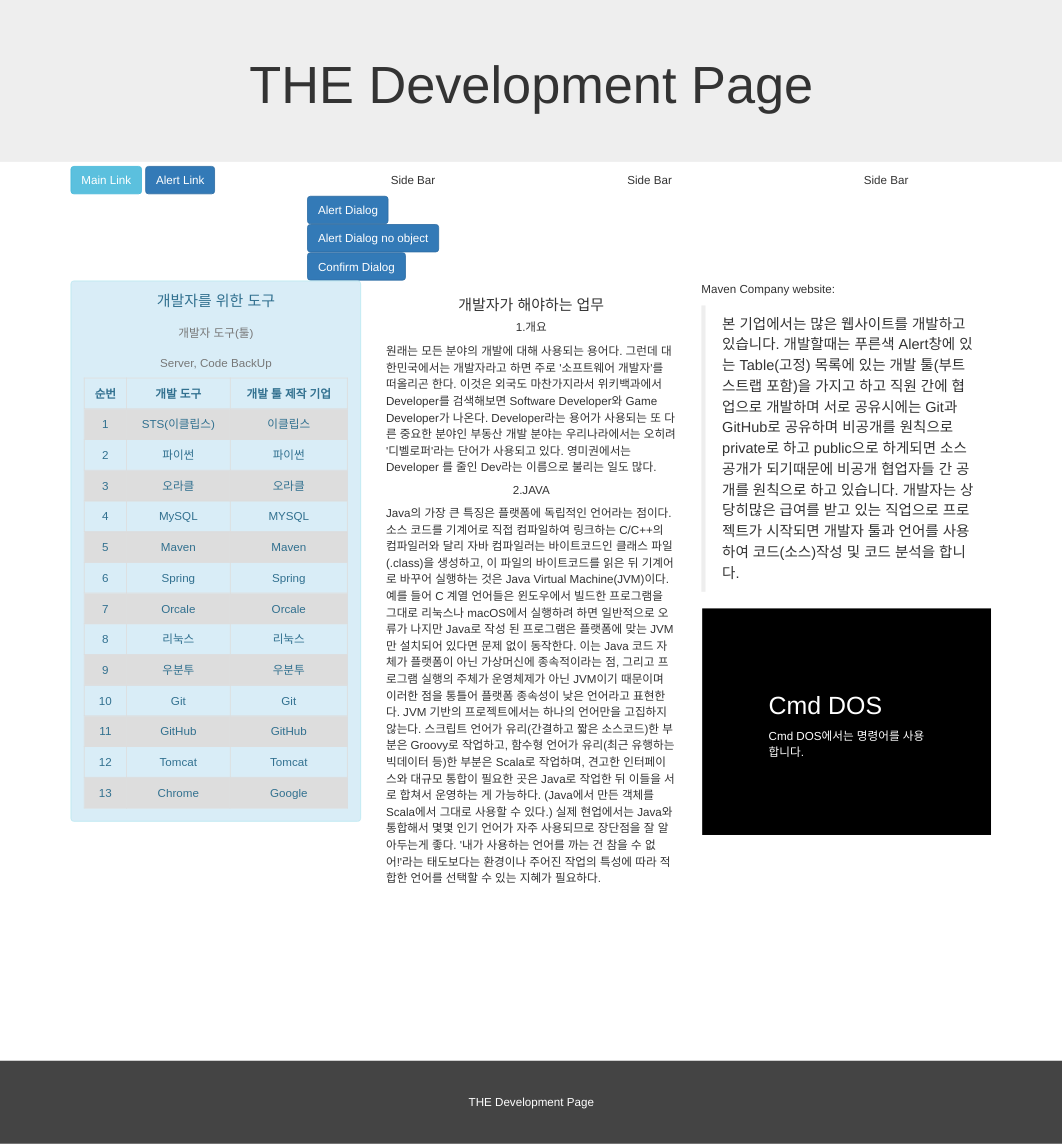
Repository: as2019a/spring
Page: http://localhost/ch19_project_mavenwebsite/WEB-INF/views/development.jsp
An editor plug-in stored every save of this project. The page is shown before and after the next save, followed by the edit.
The browser window is 1280 px wide. The pictures show the whole page, at 83% of full size.
Some web libraries are served in a nearby version. The page is served by Tomcat 9. Nobody is signed in. Other server files are loaded and not shown. The template is opened directly, without the code that normally fills it, so the values that code supplies are empty.

Above is the page before, as saved 2019-01-30 09:07:56.

### ch19_project_mavenwebsite/src/main/webapp/WEB-INF/views/development.jsp
<%@ page language="java" contentType="text/html; charset=UTF-8"
    pageEncoding="UTF-8"%>
<%@ taglib prefix="c" uri="http://java.sun.com/jsp/jstl/core" %>
<%@ taglib prefix="sec" uri="http://www.springframework.org/security/tags" %>
<!DOCTYPE html>
<html>
<head>
<meta charset="UTF-8">
<meta name="viewport"
 	  content="width=device-width, initial-scale=1">
<title>THE Development Page</title>
<link href="https://maxcdn.bootstrapcdn.com/bootstrap/3.3.2/css/bootstrap.min.css" rel="stylesheet">
<link rel="stylesheet" href="https://use.fontawesome.com/releases/v5.5.0/css/all.css">
<style type="text/css">
	.jumbotron{
			margin-bottom: 5px;
	}

	h5{
		text-align:center;
	}

	#sa:hover{
		color:fuchsia;
	}

	#sc:hover{
		color:orange;
	}

	#sf:hover{
		color:lime;
	}

	table {
	  font-family: arial, sans-serif;
	  border-collapse: collapse;
	  width: 100%;
	}

	td, th {
	  border: 1px solid #dddddd;
	  text-align:center;
	  padding: 8px;
	}

	tr:nth-child(even) {
	  background-color: #dddddd;
	}

	.cmd {
	  background-color: black;
	  color: white;
	  margin: 1px;
	  padding: 80px;
	}

	.footer{
		height: 100px;
		line-height: 100px;
		background-color: #444;
		color: white;
		text-align: center;
		margin-top: 200px;
	}

</style>
</head>
<body>
	<div class="jumbotron">
		<h1 class="text-center" style="">THE Development Page</h1>
	</div>
	<div class="container">
	  <div class="row">
	  	<div class="col-sm-12">
	  		<div class="col-sm-3">
	  			<a href="/main" type="button" class="btn btn-info">Main Link</a>
	  			<button type="button" class="btn btn-primary" onclick="alertsone();" data-toggle="modal" data-target="#myModal">
	  			Alert Link</button>
	  		</div>
	  		<div class="col-sm-3">
	  			<h5 id="sa">Side Bar</h5>
	  			<button class="btn btn-primary" data-toggle="modal" id="modalBtn">Alert Dialog</button>
				<button class="btn btn-primary" data-toggle="modal" id="modalBtn2">Alert Dialog no object</button>
				<button class="btn btn-primary" data-toggle="modal" id="modalBtn1">Confirm Dialog</button>
	  		</div>
	  		<div class="col-sm-3">
	  			<h5 id="sc">Side Bar</h5>
	  		</div>
	  		<div class="col-sm-3">
	  			<h5 id="sf">Side Bar</h5>
	  		</div>
	  	</div>
	    <div class="col-xs-12">
	    	<div class="col-xs-4">
	    		<div class="alert alert-info">
	    			<h4 style="font-size:large;text-align:center;">개발자를 위한 도구</h4>
	    			<table>
	    				<caption class="text-center">개발자 도구(툴)</caption>
	    				<caption class="text-center">Server, Code BackUp</caption>
	    				<thead>
	    					<tr>
	    						<th>순번</th>
	    						<th>개발 도구</th>
	    						<th>개발 툴 제작 기업</th>
	    					</tr>
	    					<tr>
	    						<td>1</td>
	    						<td>STS(이클립스)</td>
	    						<td>이클립스</td>
	    					</tr>
	    					<tr>
	    						<td>2</td>
	    						<td>파이썬</td>
	    						<td>파이썬</td>
	    					</tr>
	    					<tr>
	    						<td>3</td>
	    						<td>오라클</td>
	    						<td>오라클</td>
	    					</tr>
	    					<tr>
	    						<td>4</td>
	    						<td>MySQL</td>
	    						<td>MYSQL</td>
	    					</tr>
	    					<tr>
	    						<td>5</td>
	    						<td>Maven</td>
	    						<td>Maven</td>
	    					</tr>
	    					<tr>
	    						<td>6</td>
	    						<td>Spring</td>
	    						<td>Spring</td>
	    					</tr>
	    					<tr>
	    						<td>7</td>
	    						<td>Orcale</td>
	    						<td>Orcale</td>
	    					</tr>
	    					<tr>
	    						<td>8</td>
	    						<td>리눅스</td>
	    						<td>리눅스</td>
	    					</tr>
	    					<tr>
	    						<td>9</td>
	    						<td>우분투</td>
	    						<td>우분투</td>
	    					</tr>
	    					<tr>
	    						<td>10</td>
	    						<td>Git</td>
	    						<td>Git</td>
	    					</tr>
	    					<tr>
	    						<td>11</td>
	    						<td>GitHub</td>
	    						<td>GitHub</td>
	    					</tr>
	    					<tr>
	    						<td>12</td>
	    						<td>Tomcat</td>
	    						<td>Tomcat</td>
	    					</tr>
	    					<tr>
	    						<td>13</td>
	    						<td>Chrome</td>
	    						<td>Google</td>
	    					</tr>
	    				</thead>

	    			</table>
	    		</div>
	    	</div>
	    	<div class="col-xs-4">
	    		<h2 style="font-size:large;text-align:center;">개발자가 해야하는 업무</h2>
	    		<h5>1.개요</h5>
	    		<p>
	    		원래는 모든 분야의 개발에 대해 사용되는 용어다.
	    		그런데 대한민국에서는 개발자라고 하면 주로 '소프트웨어 개발자'를 떠올리곤 한다.
	    		이것은 외국도 마찬가지라서 위키백과에서 Developer를 검색해보면 Software Developer와 Game Developer가 나온다. Developer라는 용어가 사용되는 또 다른 중요한 분야인 부동산 개발 분야는 우리나라에서는 오히려 '디벨로퍼'라는 단어가 사용되고 있다.
	    		영미권에서는 Developer 를 줄인 Dev라는 이름으로 불리는 일도 많다.
	    		</p>
	    		<h5>2.JAVA</h5>
	    		<p>
	    		Java의 가장 큰 특징은 플랫폼에 독립적인 언어라는 점이다. 소스 코드를 기계어로 직접 컴파일하여 링크하는 C/C++의 컴파일러와 달리 자바 컴파일러는 바이트코드인 클래스 파일(.class)을 생성하고, 이 파일의 바이트코드를 읽은 뒤 기계어로 바꾸어 실행하는 것은 Java Virtual Machine(JVM)이다.
				예를 들어 C 계열 언어들은 윈도우에서 빌드한 프로그램을 그대로 리눅스나 macOS에서 실행하려 하면 일반적으로 오류가 나지만 Java로 작성 된 프로그램은 플랫폼에 맞는 JVM만 설치되어 있다면 문제 없이 동작한다. 이는 Java 코드 자체가 플랫폼이 아닌 가상머신에 종속적이라는 점, 그리고 프로그램 실행의 주체가 운영체제가 아닌 JVM이기 때문이며 이러한 점을 통틀어 플랫폼 종속성이 낮은 언어라고 표현한다.
				JVM 기반의 프로젝트에서는 하나의 언어만을 고집하지 않는다. 스크립트 언어가 유리(간결하고 짧은 소스코드)한 부분은 Groovy로 작업하고, 함수형 언어가 유리(최근 유행하는 빅데이터 등)한 부분은 Scala로 작업하며, 견고한 인터페이스와 대규모 통합이 필요한 곳은 Java로 작업한 뒤 이들을 서로 합쳐서 운영하는 게 가능하다. (Java에서 만든 객체를 Scala에서 그대로 사용할 수 있다.)
				실제 현업에서는 Java와 통합해서 몇몇 인기 언어가 자주 사용되므로 장단점을 잘 알아두는게 좋다. '내가 사용하는 언어를 까는 건 참을 수 없어!'라는 태도보다는 환경이나 주어진 작업의 특성에 따라 적합한 언어를 선택할 수 있는 지혜가 필요하다.
	    		</p>
	    	</div>
	    	<div class="col-xs-4">
	    		<p>Maven Company website:</p>
				<blockquote cite="http://localhost:8080/main">
				본 기업에서는 많은 웹사이트를 개발하고 있습니다. 개발할때는 푸른색 Alert창에
				있는 Table(고정) 목록에 있는 개발 툴(부트스트랩 포함)을 가지고 하고 직원 간에
				협업으로 개발하며 서로 공유시에는 Git과 GitHub로 공유하며 비공개를 원칙으로
				private로 하고 public으로 하게되면 소스공개가 되기때문에 비공개 협업자들 간
				공개를 원칙으로 하고 있습니다. 개발자는 상당히많은 급여를 받고 있는 직업으로
				프로젝트가 시작되면 개발자 툴과 언어를 사용하여 코드(소스)작성 및 코드 분석을
				합니다.
				</blockquote>
				<div class="cmd">
					<h2>Cmd DOS</h2>
					<p>Cmd DOS에서는 명령어를 사용합니다.</p>
				</div>
	    	</div>
	    </div>
	  </div>
	</div>
	<div class="footer">
		<p class="text-center" style="">THE Development Page</p>
	</div>
	<script src="https://code.jquery.com/jquery-3.3.1.min.js"></script>
	<script src="https://maxcdn.bootstrapcdn.com/bootstrap/3.3.2/js/bootstrap.min.js"></script>
	<script type="text/javascript">
		function alertsone(){
			var Common = {};
			Common.Dialog = {
			    /**
			    * Dialog Id
			    */
			    DialogInfo: {
			        titleId: 'common-modal-title',
			        okBtnId: 'common-modal-ok-btn',
			    },

			    /**
			    * Default Item Message
			    */
			    Message: {
			        title: '알림',
			        ok: '확인',
			        cancel: '취소'
			    },

			    /**
			    * Element 생성
			    *
			    * @param elementTag Element Tag
			    * @param attributeData Set Attribute Object
			    * @param appendElement AppendChild Element Object
			    * @return Element Object
			    */
			    createElement: function(elementTag, attributeData, appendElement){
			        // Element 생성
			        var elementObj = document.createElement(elementTag);
			        // Attrbute 추가
			        for(var key in attributeData){
			            //console.log(key, attrbutes[key]);
			            elementObj.setAttribute(key, attributeData[key]);
			        };
			        // Element Append
			        if(appendElement){
			            appendElement.appendChild(elementObj);
			        }

			        return elementObj;
			    },

			    /**
			    * Modal Dialog Make
			    */
			    makeModalDialog: function(data){
			        // UUID 생성
			        var uuid;
			        if(typeof(Util) === 'object' && typeof(Util.uuid) === 'function'){
			            uuid = Util.uuid();
			        }else{
			            uuid = 'xxxxxxxx-xxxx-xxxx-xxxx-xxxxxxxxxxxx'.replace(/[xy]/g, function(c) {
			                var r = Math.random()*16|0, v = c == 'x' ? r : (r&0x3|0x8);
			                return v.toString(16);
			            });
			        }

			        // Dialog Id
			        data.dialogId = 'common-modal-dialog-' + data.dialogType + '-' + uuid;

			        /***************************************************************************/
			        // ---------------- Modal Main Div ----------------
			        var modalDiv = this.createElement('div'
			            , {'id': data.dialogId,'class': 'modal fase','tabindex': '-1','role': 'dialog','aria-labelledby': this.DialogInfo.titleId,'aria-hidden': 'true'}
			            , document.body);
			        var modalDialogDiv = this.createElement('div', {'class': 'modal-dialog'}, modalDiv);
			        var modalContentDiv = this.createElement('div', {'class': 'modal-content'}, modalDialogDiv);

			        // ---------------- Modal Header ----------------
			        var modalHeaderDiv = this.createElement('div', {'class': 'modal-header'}, modalContentDiv);

			        // Close Header
			        if(data.closeBtn){
			            var modalHeaderCloseBtn = this.createElement('button', {'type': 'button', 'class': 'close', 'data-dismiss': 'modal', 'aria-hidden': 'true'}, modalHeaderDiv);
			            modalHeaderCloseBtn.innerHTML ='x';
			        }

			        // title
			        var modalHeaderTitle = this.createElement('h4', {'class': 'modal-title', 'id': this.DialogInfo.titleId}, modalHeaderDiv);
			        modalHeaderTitle.innerHTML = data.title ? data.title : this.Message.title;

			        // ---------------- Modal Body ----------------
			        var modalBodyDiv = this.createElement('div', {'class': 'modal-body', 'style': 'word-break: break-all'}, modalContentDiv);;
			        modalBodyDiv.innerHTML = data.content ? data.content : '';

			        // ---------------- Modal Footer ----------------
			        var modalFooterDiv = this.createElement('div', {'class': 'modal-footer'}, modalContentDiv);
			        // Cancle Button
			        if(data.dialogType == 'confirm'){
			            var modalFooterCancleBtn = this.createElement('button', {'type': 'button', 'class': 'btn btn-default', 'data-dismiss': 'modal'}, modalFooterDiv);
			            modalFooterCancleBtn.innerHTML = this.Message.cancel;
			        }
			        // Ok Button
			        var modalFooterOkAttr = {'type': 'button', 'class': 'btn btn-primary', 'id': this.DialogInfo.okBtnId};
			        if(data.dialogType == 'alert'){
			            modalFooterOkAttr['data-dismiss'] = 'modal';
			        }
			        var modalFooterOkBtn = this.createElement('button', modalFooterOkAttr, modalFooterDiv);
			        modalFooterOkBtn.innerHTML = this.Message.ok;
			        /***************************************************************************/
			        // Modal Default option Setting
			        var modalOption = {
			            keyboard: false // ESC 키 눌렀을때 모달을 닫음
			            ,backdrop: 'static' // 모달의 배경을 포함. 클릭 시 모달을 닫지 않을 시 'static'
			            ,show: false // 초기화 시 모달을 보여줍니다.
			        }
			        // 사용자 지정 정보 설정
			        $.extend(modalOption, data);

			        // Jquery Dialog 변수 선언
			        var dialog = $('#' + data.dialogId);

			        // Bootstrap Modal Setting
			        dialog.modal(modalOption)

			        // Modal의 hide가 완료된 이후 Event 실행
			        dialog.on('hidden.bs.modal', function(e){
			            // Modal Element 제거
			            dialog.remove();
			        });

			        // Confirm 일 경우 확인 버튼 클릭 이벤트 지정
			        if(data.dialogType == 'confirm'){
			            dialog.find(" #" + this.DialogInfo.okBtnId).on('click', function(){
			                // ok button event function 실행
			                if(data.ok && typeof(data.ok) === 'function'){
			                    data.ok();
			                }else{
			                    console.warn('not function ok event. dialogId: ' + data.dialogId);
			                }

			                // Modal 창 닫기
			                dialog.modal('hide');
			                // click enevt 제거
			                $(this).off('click');
			            });
			        }

			        // Modal Dialog Show
			        dialog.modal('show');
			    },

			    /**
			    * Modal Dialog Show
			    */
			    show: function(type, data){
			        if(!data){data = {};}
			        data.dialogType = type ? type : 'alert';
			        this.makeModalDialog(data);
			    },

			    /**
			    * Alert Modal Dialog
			    *
			    * data:
			    *  title: Dialog Title Message
			    *  content: Dialog Content Message
			    *  closeBtn: Header Close Btn(x)
			    *
			    */
			    alert: function(data){
			        // data가 Object 가 아닌 경우 content 로 설정한다.
			        if(typeof(data) != 'object'){
			            var content = data;
			            data = {content: content};
			        }
			        this.show('alert', data);
			    },

			    /**
			    * Confirm Modal Dialog
			    *
			    * data:
			    *  title: Dialog Title Message
			    *  content: Dialog Content Message
			    *  ok: Ok Button Click Event function
			    *  closeBtn: Header Close Btn(x)
			    *
			    */
			    confirm: function(data){
			        this.show('confirm', data);
			    }
			};
			    $(function () {
			            $("#modalBtn").on('click', function(){
			                Common.Dialog.alert({
			                    title: '경고'
			                    ,content: 'Object Setting Alert.',
			                });
			            });

			            $("#modalBtn2").on('click', function(){
			                Common.Dialog.alert('Not Object Setting Alert.');
			            });

			            $("#modalBtn1").on('click', function(){
			                Common.Dialog.confirm({
			                    content: '이것을 하시겠습니까?'
			                    ,ok: function(){
			                        console.log('확인 클릭');
			                    }
			                });
			            });
			    });
		}
	</script>
</body>
</html>

After the next save:
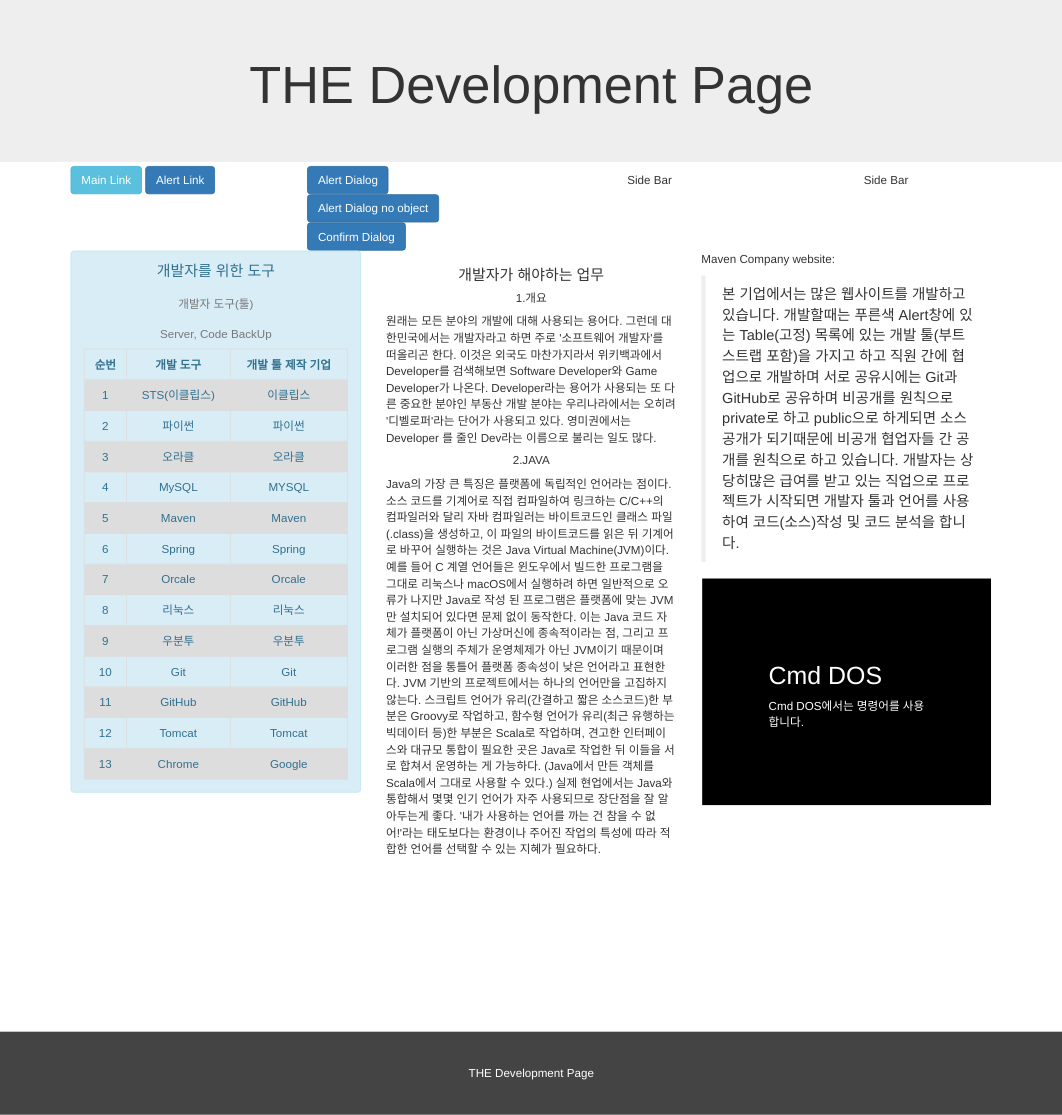
Saved 2 min 8 s later.
--- a/ch19_project_mavenwebsite/src/main/webapp/WEB-INF/views/development.jsp
+++ b/ch19_project_mavenwebsite/src/main/webapp/WEB-INF/views/development.jsp
@@ -79,7 +79,6 @@
 	  			Alert Link</button>
 	  		</div>
 	  		<div class="col-sm-3">
-	  			<h5 id="sa">Side Bar</h5>
 	  			<button class="btn btn-primary" data-toggle="modal" id="modalBtn">Alert Dialog</button>
 				<button class="btn btn-primary" data-toggle="modal" id="modalBtn2">Alert Dialog no object</button>
 				<button class="btn btn-primary" data-toggle="modal" id="modalBtn1">Confirm Dialog</button>
